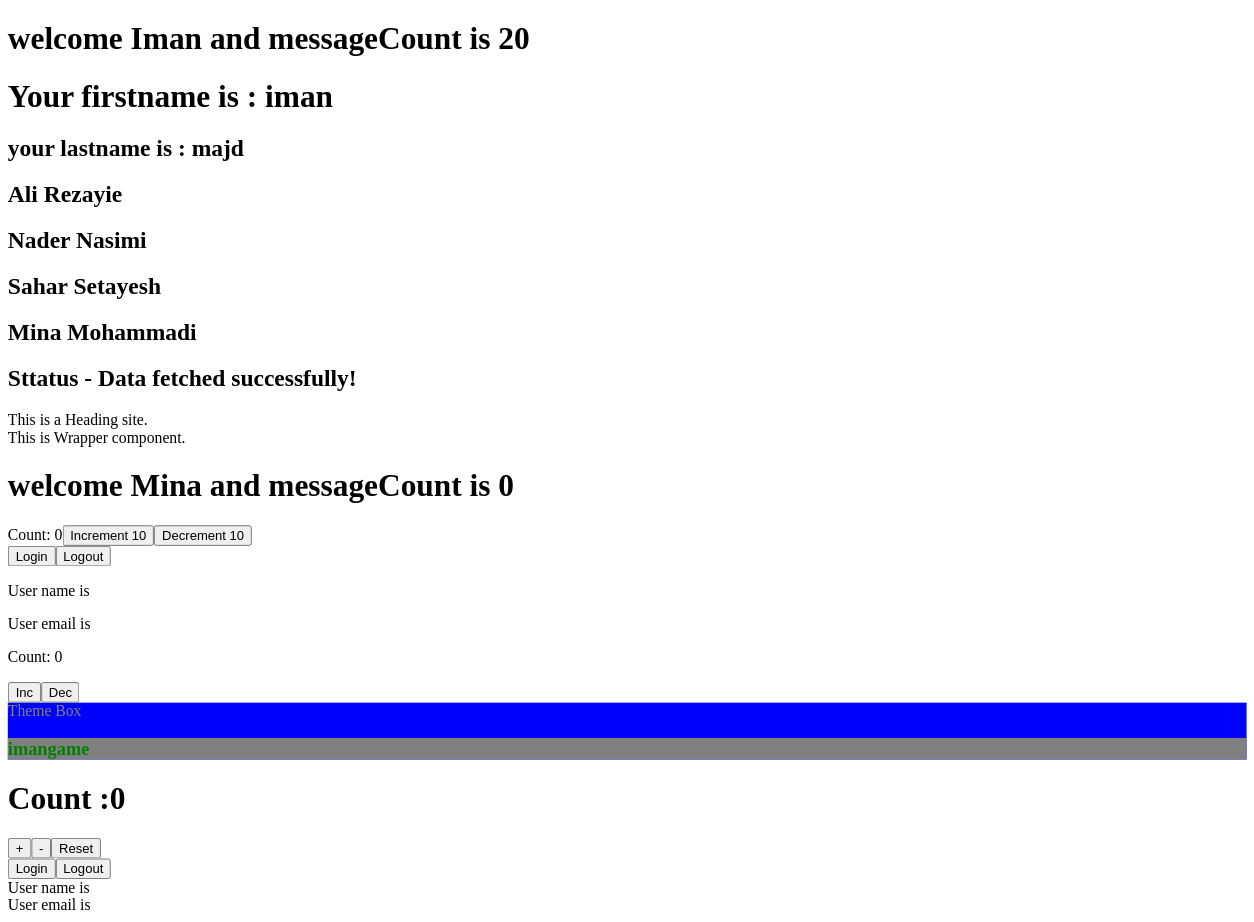
Repository: imangame2125/Typescript-learn-course
Page: /
An editor plug-in stored every save of this project. The page is shown before and after the next save, followed by the edit.
The browser window is 1280 px wide. The pictures show the whole page, at 98% of full size.
The project was rebuilt for these pictures with package versions that can differ from the ones it lists, and the page was loaded fresh each time.

Above is the page before, as saved 2023-10-01 14:46:14.

### src/App.tsx
import React from "react";
import { Greet } from "./components/pages/Greet";
import Person from "./components/pages/Person";
import PersonList from "./components/pages/PersonList";
import Status from "./components/pages/Status";
import Heading from "./components/pages/Heading";
import { Wrapper } from "./components/pages/Wrapper";
import User from "./components/pages/User";
import Container from "./components/pages/Counter";
import UseReducerTypescript from "./components/pages/UseResuerTypescript";
import CounterUseReducer from "./components/pages/CounterUseReducer";
import { ThemeContextProvider } from "./components/context/ThemeContext";
import Box from "./components/pages/Box";
import { UserContextProvider } from "./components/context/UserContext";
import UserContainer from './components/context/UserContainer'


function App() {
  const personName = {
    firstName: "iman",
    lastName: "majd",
  };

  const nameList = [
    {
      firstName:'Ali',
      lastName:'Rezayie'
    },


    {
      firstName:'Nader',
      lastName:'Nasimi'
    },


    {
      firstName:'Sahar',
      lastName:'Setayesh'
    },



    {
      firstName:'Mina',
      lastName:'Mohammadi'
    },
  ]
  return (
    <div className="App">
      <Greet name="Iman" messageCount={20} isLoggedIn={true} family={0} />
      <Person name={personName} />
      <PersonList names={nameList}/>
      <Status status="success"/>
      <Heading>
        This is a Heading site.
      </Heading>
      <Wrapper>
        <Heading>This is Wrapper component.</Heading>
      </Wrapper>
      <Greet name='Mina' isLoggedIn={true} family={0}/>
      <Container/>
      <User/>
      <UseReducerTypescript/>

      <ThemeContextProvider>
        <Box/>
      </ThemeContextProvider>

      <CounterUseReducer/>

      <UserContextProvider>
        <UserContainer/>
      </UserContextProvider>
    </div>
  );
}

export default App;

### src/components/pages/Greet.tsx
import React from "react";
import { GreetProps } from "../types/GreetProps";

//optional props

export const Greet = ({ name, messageCount = 0, isLoggedIn }: GreetProps) => {
  return (
    <div>
      {isLoggedIn ? (
        <h1>{`welcome ${name} and messageCount is ${messageCount}`}</h1>
      ) : (
        <h2>its bad...</h2>
      )}
    </div>
  );
};

### src/components/pages/Person.tsx
import React from "react";
import { PersonProps } from "../types/PersonProps";

const Person = ({ name: { firstName, lastName } }: PersonProps) => {
  return (
    <div>
      <h1>Your firstname is : {firstName}</h1>
      <h2>your lastname is : {lastName}</h2>
    </div>
  );
};

export default Person;

### src/components/pages/PersonList.tsx
import React from 'react'
import { Name } from '../types/PersonLIstProps'

type PersonsListProps = {
  names:Name[]
}

const PersonList = ({names}:PersonsListProps) => {
  return (
    <div>
        {names.map((name)=>{
            return(
                <h2 key={name.firstName}>{name.firstName} {name.lastName}</h2>
            )
        })}
    </div>
  )
}

export default PersonList

### src/components/pages/Status.tsx
import React from "react";
import { StatusProps } from "../types/StatusProps";
//a Union of string literals

const Status = ({ status }: StatusProps) => {
  let message;
  if (status === "loading") {
    message = "Loading...";
  } else if (status === "success") {
    message = "Data fetched successfully!";
  } else if (status === "error") {
    message = "Error fetching data";
  }
  return (
    <div>
        <h2>Sttatus - {message}</h2>
    </div>
  );
};

export default Status;

### src/components/pages/Heading.tsx
import React from "react";
import { HeadingProps } from "../types/HeadingProps";

//children props
const Heading = ({ children }: HeadingProps) => {
  return <div>{children}</div>;
};

export default Heading;

### src/components/pages/Wrapper.tsx
import React from "react";
import { WrapperProps } from "../types/WrapperProps";
//children props when type is React.ReactNode

export const Wrapper = ({ children }: WrapperProps) => {
  return <div>{children}</div>;
};

### src/components/pages/User.tsx
import React, { useState } from "react";
// import { UserProps } from "../types/UserProps";

type UserProps = {
  name: string;
  email: string;
};

const User = () => {
  const [user, setUser] = useState<UserProps>({} as UserProps);
  const handleLogin = () => {
    setUser({
      name: "iman",
      email: "imanclever51@gmail.com",
    });
  };

  const handleLogout = () => {
    setUser({
      name: "",
      email: "",
    });
  };
  return (
    <div>
      <button onClick={handleLogin}>Login</button>
      <button onClick={handleLogout}>Logout</button>
      <p>User name is {user.name} </p>
      <p>User email is {user.email}</p>
    </div>
  );
};

export default User;

### src/components/pages/Counter.tsx
import React, { useReducer } from "react";

function reducer(
  state: { count: number },
  action: { type: string; payload: number }
) {
  switch (action.type) {
    case "INCREMENT":
      return {
        count: state.count + action.payload,
      };
    case "resut":
      return {
        count: 10,
      };

    case "DECREMENT":
      return {
        count: state.count - action.payload,
      };
    default:
      return state;
  }
}

const Container = () => {
  const [state, dispatch] = useReducer(reducer, { count: 0 });

  const handleInc = () => {
    dispatch({
      type: "INCREMENT",
      payload: 10,
    });
  };

  // const handleReset = ()=>{
  //   dispatch({
  //     type:'resut',

  //   })
  // }

  const handleDic = () => {
    dispatch({
      type: "DECREMENT",
      payload: 10,
    });
  };
  return (
    <>
      Count: {state.count}
      {/* <button onClick={() => dispatch({ type: "INCREMENT", payload: 10 })}> */}
      <button onClick={handleInc}>Increment 10</button>
      {/* <button onClick={() => dispatch({ type: "DECREMENT", payload: 10 })}> */}
      <button onClick={handleDic}>Decrement 10</button>
      {/* <button onClick={handleReset}>Reset</button> */}
    </>
  );
};

export default Container;

### src/components/pages/UseResuerTypescript.tsx
import React, { useReducer } from 'react';

const reducer = (state: { count: number }, action: { type: string; payload?: number }) => {
  switch (action.type) {
    case 'INC':
      return { ...state, count: state.count + (action.payload || 0) };

      case 'DEC':
        return { ...state, count: state.count - (action.payload || 0) };
    default:
      return state;
  }
};

const UseReducerTypescript = () => {
  const [state, dispatch] = useReducer(reducer, { count: 0 });

  const handleInc = () => {
    dispatch({
      type: 'INC',
      payload: 10,
    });
  };

  const handleDec = () => {
    dispatch({
      type: 'DEC',
      payload: 10,
    });
  };

  return (
    <div>
      <p>Count: {state.count}</p>
      <button onClick={handleInc}>Inc</button>
      <button onClick={handleDec}>Dec</button>
    </div>
  );
};

export default UseReducerTypescript;

### src/components/pages/CounterUseReducer.tsx
import React, { useReducer } from "react";
const initialValue = {
  count: 0,
};

type CounterState = {
  count: number;
};

type UpdateAction = {
  type: "INC" | "DEC";
  payload: number;
};

type ResetAction = {
  type: "reset";
};
type CounterAction = UpdateAction | ResetAction;
const reducer = (state: CounterState, action: CounterAction) => {
  switch (action.type) {
    case "INC":
      return { ...state, count: state.count + action.payload };

    case "reset":
      return initialValue;

    case "DEC":
      return { ...state, count: state.count - action.payload };
    default:
      return state;
  }
};
const CounterUseReducer = () => {
  const [state, dispatch] = useReducer(reducer, initialValue);
  return (
    <div>
      <h1>Count :{state.count}</h1>
      <button onClick={() => dispatch({ type: "INC", payload: 50 })}>+</button>
      <button onClick={() => dispatch({ type: "DEC", payload: 50 })}>-</button>
      <button onClick={() => dispatch({ type: "reset" })}>Reset</button>
    </div>
  );
};

export default CounterUseReducer;

### src/components/context/ThemeContext.tsx
import { createContext } from "react";
import { theme } from "./theme";

type ThemeContextProviderProps = {
  children: React.ReactNode;
};

export const ThemeContext = createContext(theme);

export const ThemeContextProvider = ({
  children,
}: ThemeContextProviderProps) => {
  return (
    <ThemeContext.Provider value={theme}>{children}</ThemeContext.Provider>
  );
};

### src/components/pages/Box.tsx
import React, { useContext } from "react";
import { ThemeContext } from "../context/ThemeContext";

const Box = () => {
  const theme = useContext(ThemeContext);
  return (
    <div
      style={{ background: theme.primary.main, color: theme.secondary.text }}
    >
      Theme Box

      <h3 style={{background:theme.secondary.main,color:theme.success.text}}>imangame</h3>
    </div>
  );
};

export default Box;

### src/components/context/UserContext.tsx
import { createContext, useState } from "react";

export type AuthUser = {
  name: string;
  email: string;
};
type UsaerContextType = {
  user: AuthUser | null;
  setUser: React.Dispatch<React.SetStateAction<AuthUser | null>>;
};

type UserContextProviderProps = {
  children: React.ReactNode;
};

// export const UserContext = createContext<UsaerContextType | null>(null);
export const UserContext = createContext<UsaerContextType | null>({} as UsaerContextType);

export const UserContextProvider = ({ children }: UserContextProviderProps) => {
  const [user, setUser] = useState<AuthUser | null>(null);
  return (
    <UserContext.Provider value={{ user, setUser }}>
      {children}
    </UserContext.Provider>
  );
};

### src/components/context/UserContainer.tsx
import React, { useContext } from 'react'
import { UserContext} from './UserContext'
const UserContainer = () => {
  const userContext =  useContext(UserContext)
    const handleLogin = ()=>{
      // if(userContext){

      // }
      userContext?.setUser({
        name:'iman',
        email:'imanmajdabadifarahni1372@gmail.com'
      })
    }
    const handleLogout = ()=>{
      // if(userContext){
      // }
      userContext?.setUser(null)
    }
  return (
    <div>
        <button onClick={handleLogin}>Login</button>
        <button onClick={handleLogout}>Logout</button>
        <div>User name is {userContext?.user?.name}</div>
        <div>User email is {userContext?.user?.email}</div>
    </div>
  )
}

export default UserContainer

### src/components/context/theme.tsx
export const theme = {
    primary:{
        main:'blue',
        text:'blue'
    },
    secondary:{
        main:'gray',
        text:'gray'
    },

    success:{
        main:'green',
        text:'green'
    }
}

### src/components/ref/DomRef.tsx
import React, { useEffect, useRef } from "react";

const DomRef = () => {
  const inputRef = useRef<HTMLInputElement>(null);

  useEffect(() => {
    inputRef.current?.focus();
  }, []);
  return (
    <div>
      <input type="text" ref={inputRef} />
    </div>
  );
};

export default DomRef;

Loaded but not shown: public/index.html (common file); src/index.tsx (common file)

After the next save:
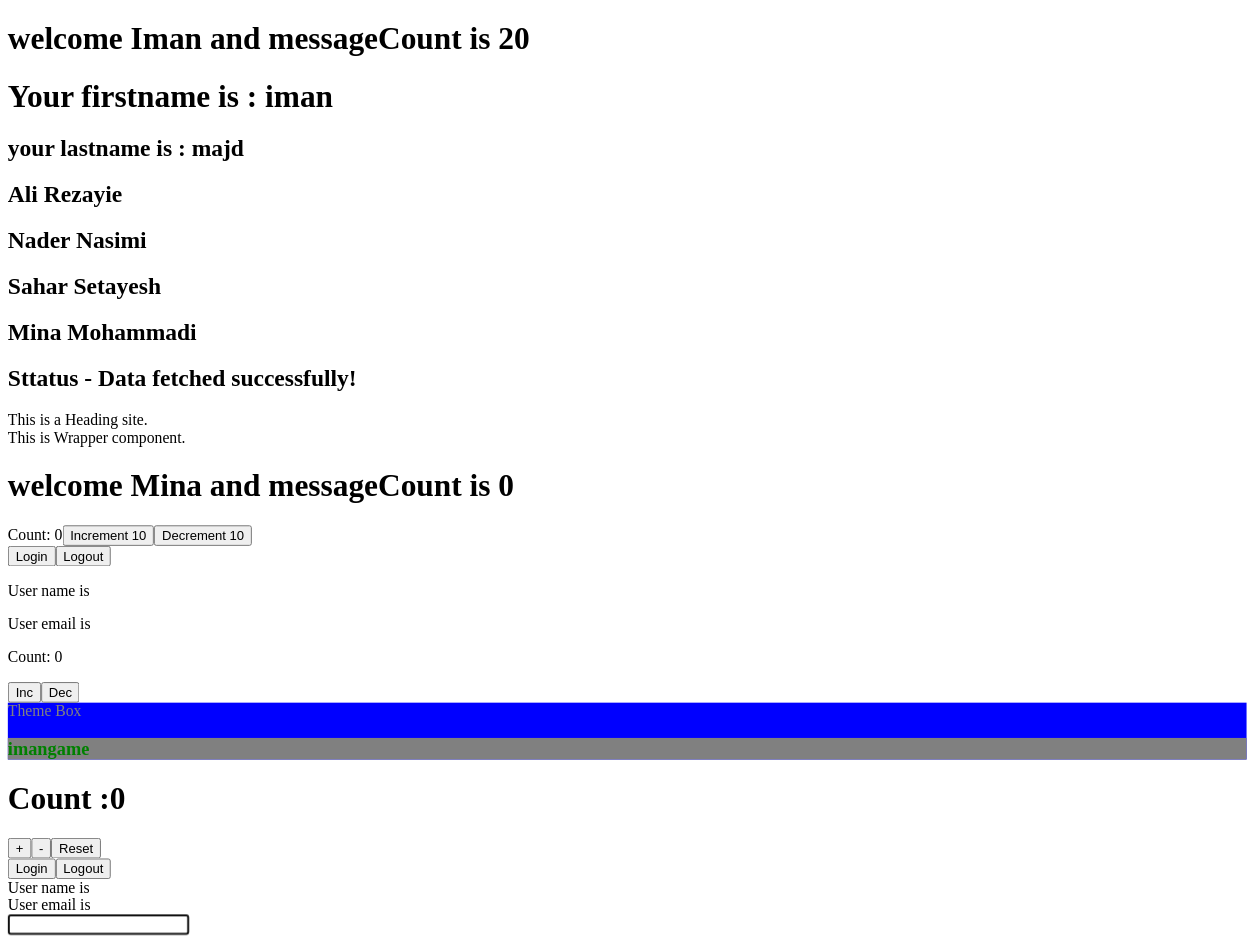
Saved 3 min 12 s later.
--- a/src/App.tsx
+++ b/src/App.tsx
@@ -13,6 +13,7 @@ import { ThemeContextProvider } from "./components/context/ThemeContext";
 import Box from "./components/pages/Box";
 import { UserContextProvider } from "./components/context/UserContext";
 import UserContainer from './components/context/UserContainer'
+import DomRef from "./components/ref/DomRef";
 
 
 function App() {
@@ -72,6 +73,8 @@ function App() {
       <UserContextProvider>
         <UserContainer/>
       </UserContextProvider>
+
+      <DomRef/>
     </div>
   );
 }
